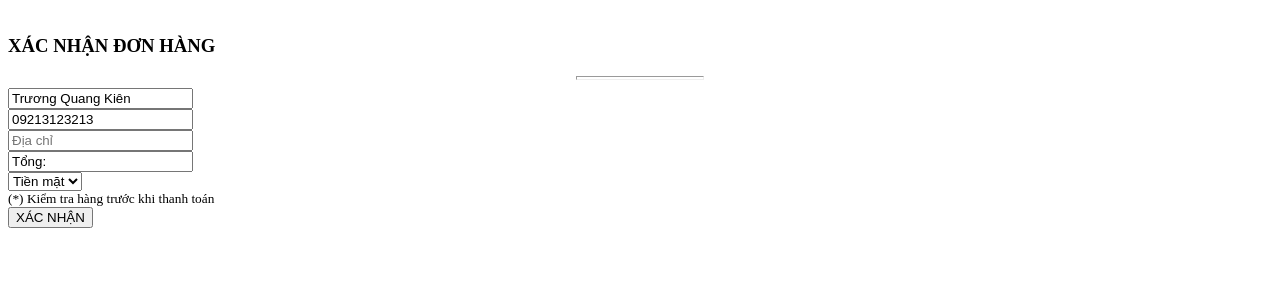
Repository: kienkiddo/BaiTapWebBanHang
Page: http://localhost/LapTrinhWebsite/home/view/confirm.jsp
These files come from the project's save history. The page is drawn as it stood at one moment and after the next save; the edit follows.
The browser window is 1280 px wide. The pictures show the whole page.
The page is served by Tomcat 9.

Above is the page before, as saved 2022-05-11 13:57:59.

After the next save:
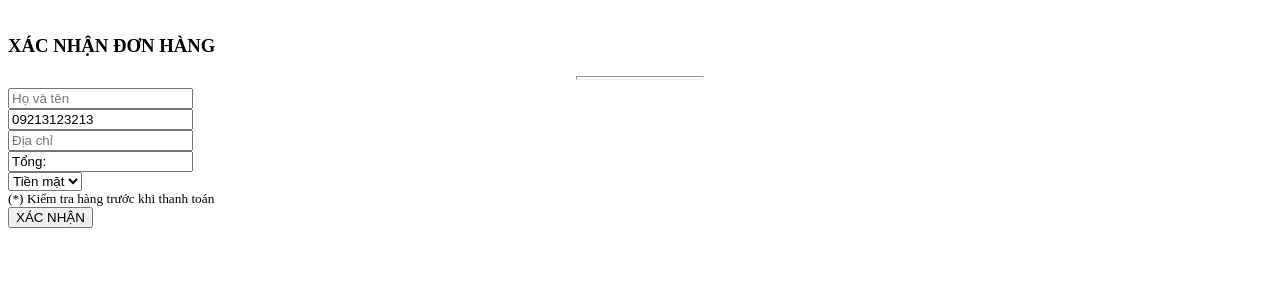
Saved 2 min 56 s later.
--- a/LapTrinhWebsite/src/main/webapp/home/view/confirm.jsp
+++ b/LapTrinhWebsite/src/main/webapp/home/view/confirm.jsp
@@ -17,7 +17,7 @@
                   </div>
                 </span>
                 <input class="form-control py-2 border-left-0 border" id="name" name="name"
-                  placeholder="Họ và tên" value="Trương Quang Kiên">
+                  placeholder="Họ và tên" value="${user.name}">
               </div>
               <div class="input-group form-group">
                 <span class="input-group-prepend">
